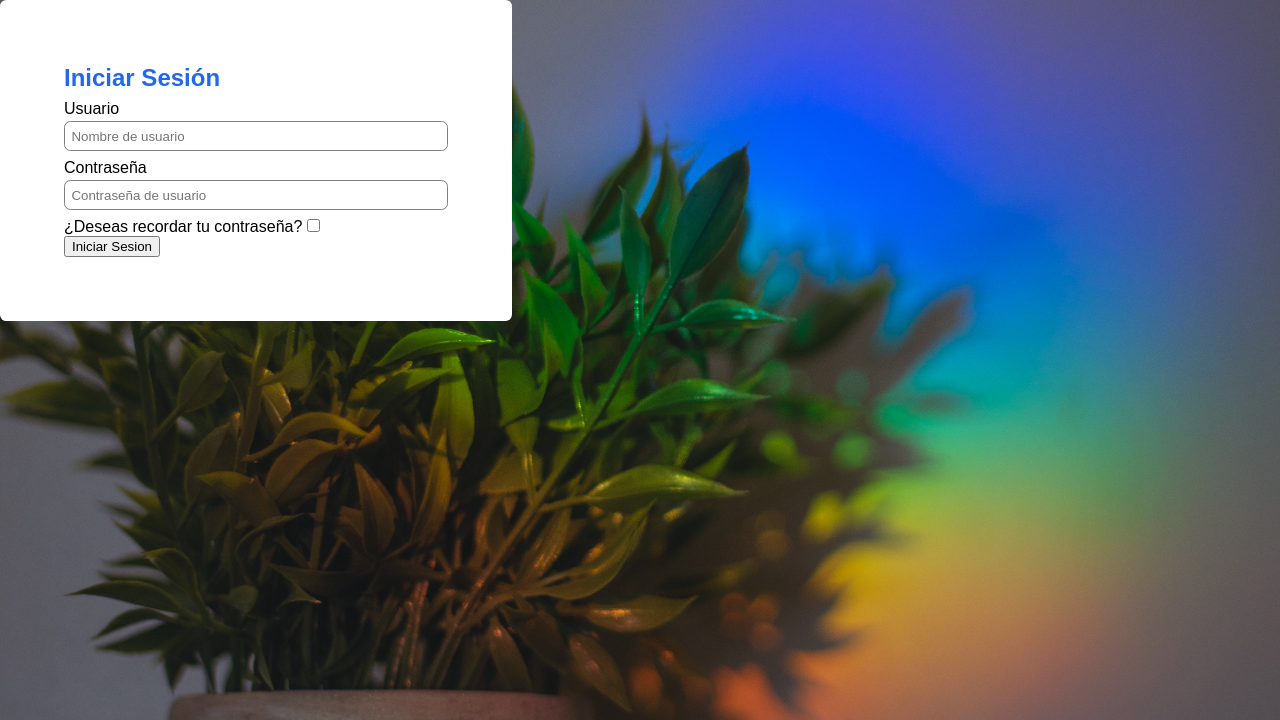
Repository: TzMichaelYT/ModuloHTMLCSS
Page: formularioHTML/index.html
The author's editor kept a copy of each file at every save. The page is drawn from the files as they stood at one save, then again after the next save.
The browser window is 1280 px wide. The pictures show the whole page.

Above is the page before, as saved 2021-07-14 20:54:34.

After the next save:
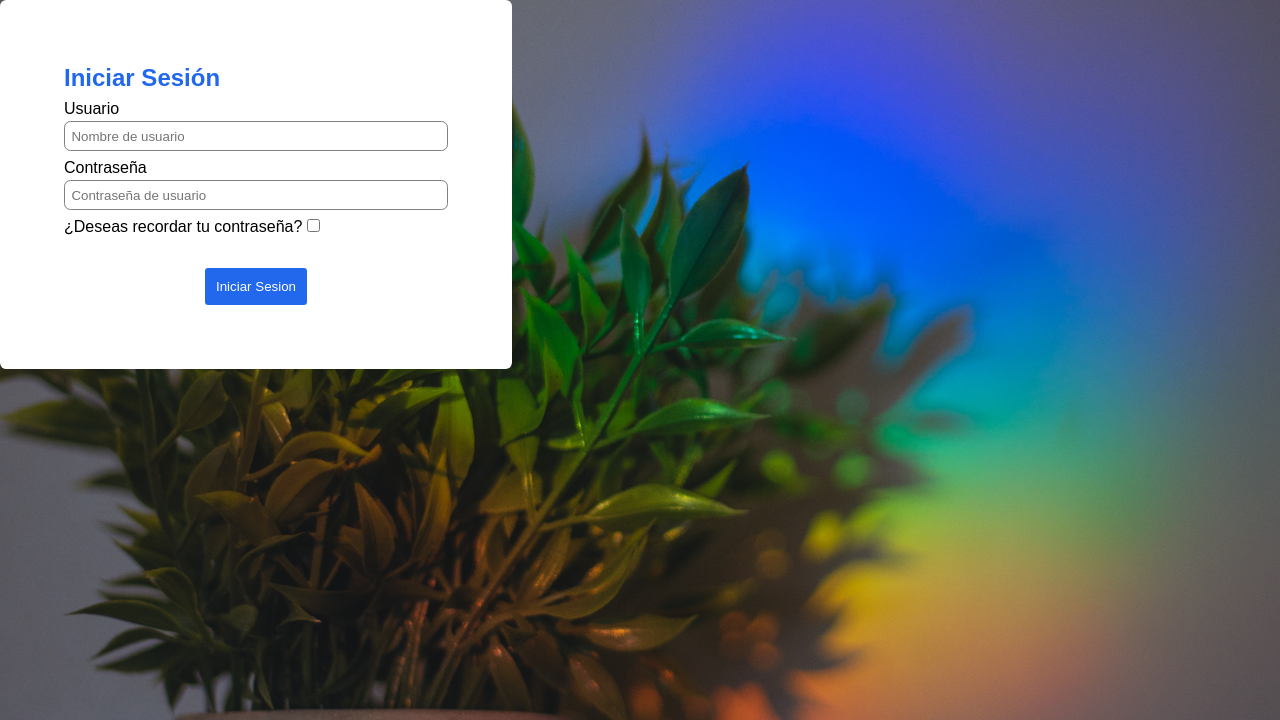
Saved 25 s later.
--- a/formularioHTML/index.html
+++ b/formularioHTML/index.html
@@ -41,7 +41,7 @@
             <input type="checkbox" id="check" />
           </div>
 
-          <div class="btn-login-conatiner">
+          <div class="btn-login-container">
               <button type="submit">Iniciar Sesion</button>
           </div>
         </form>
